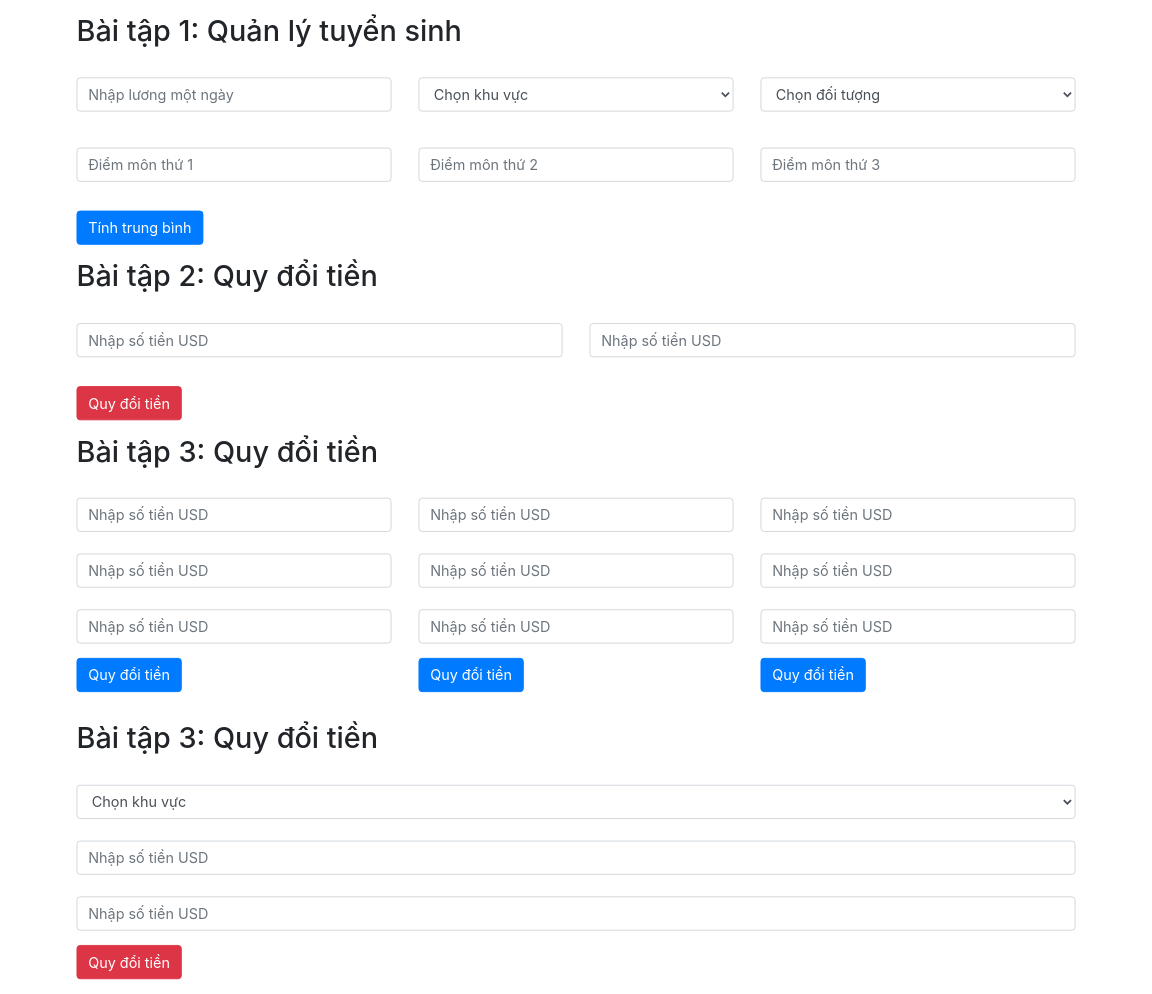
Repository: thanhfrankie/BC10-LeMinhThanh-Js-b5
Page: index.html
These files come from the project's save history. The page is drawn as it stood at one moment and after the next save; the edit follows.
The browser window is 1280 px wide. The pictures show the whole page, at 90% of full size.

Above is the page before, as saved 2023-12-15 17:36:35.

After the next save:
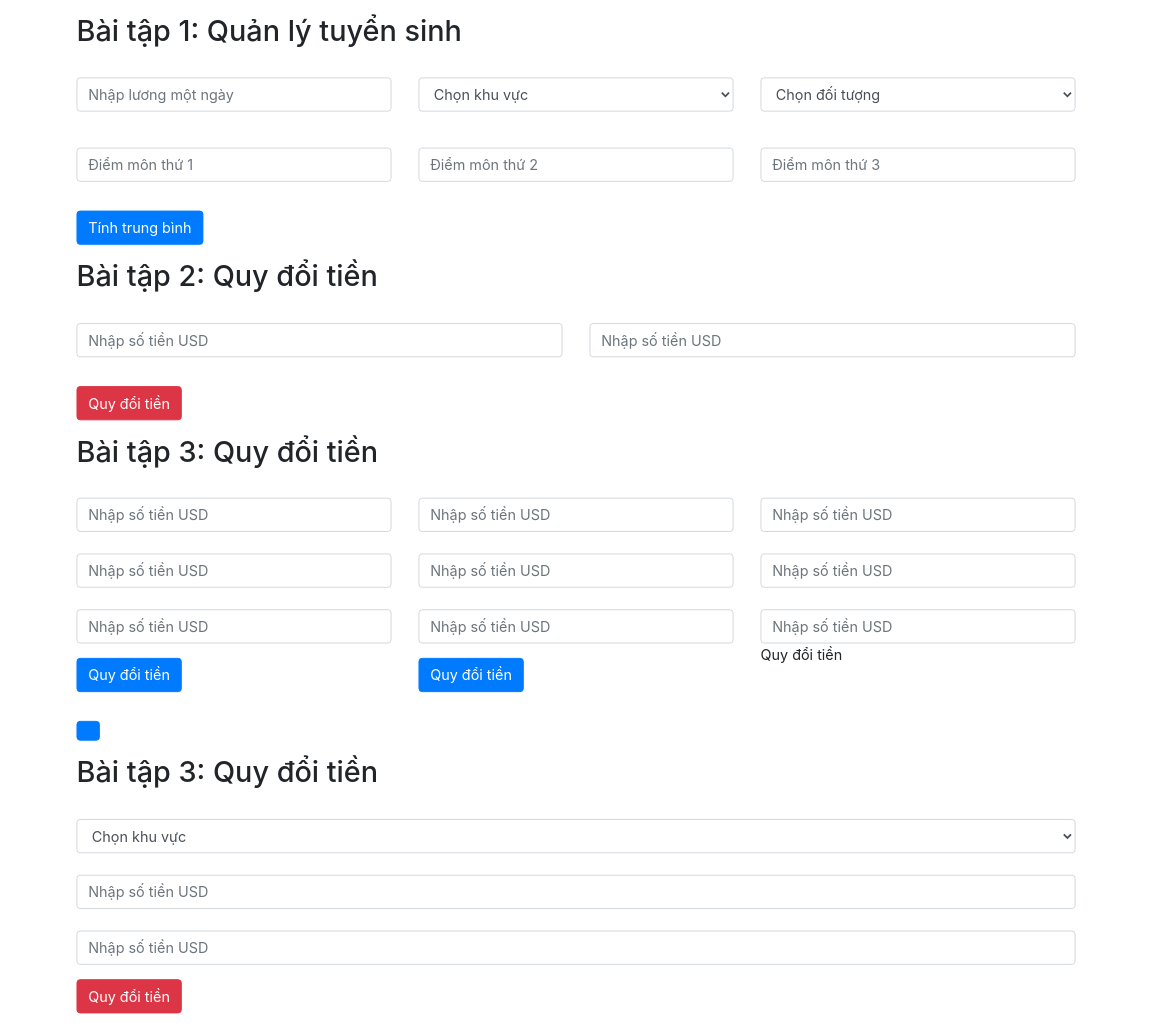
Saved 5 s later.
--- a/index.html
+++ b/index.html
@@ -251,11 +251,11 @@
                     required
                   />
 
-                  <button type="button" onclick="quyDoiTien()" class="btn btn-primary mt-3">
-                   Quy đổi tiền
-                  </button>
-                </div></div>
-            </div>
+                  Quy đổi tiền
+                </button>
+            </div></div>
+        </div>
+        <button type="button" onclick="quyDoiTien()" class="btn btn-primary mt-3">
 
             <h3 id="so-luong-VND" class="text-success"></h3>
           </div>
